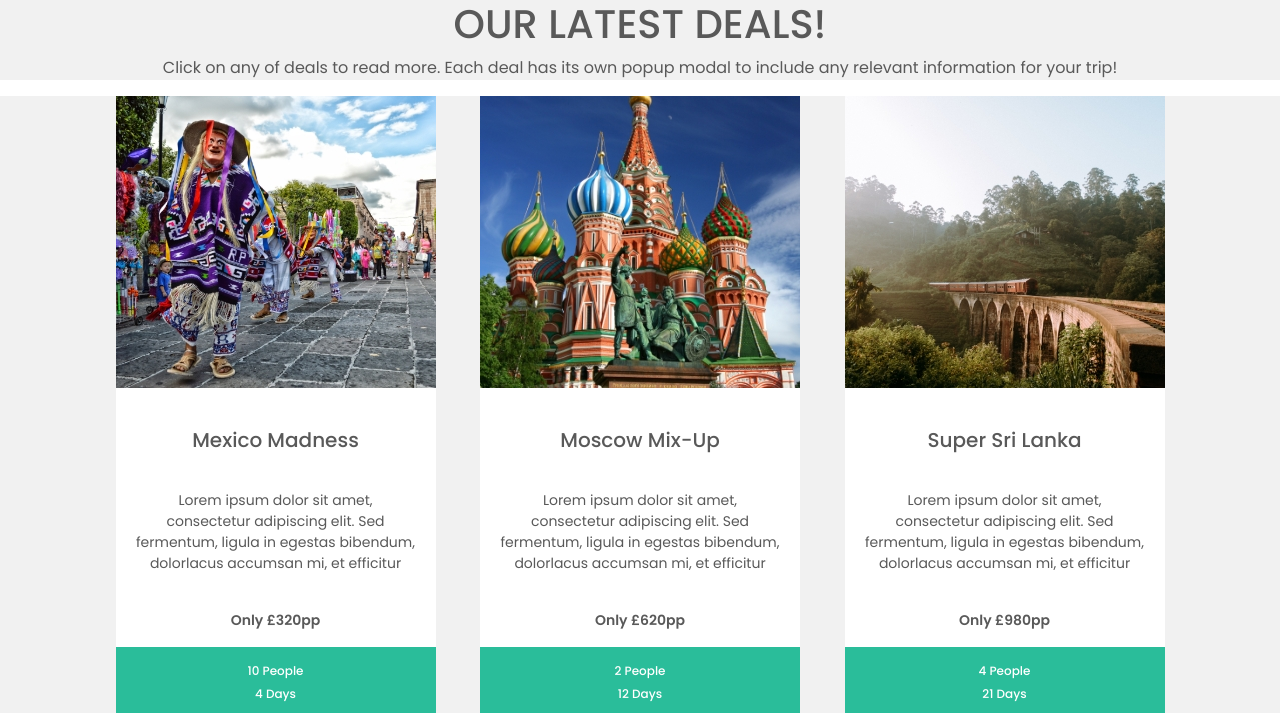
Repository: cobyfoster99/Interactive-frontend-project
Page: index.html
The author's editor kept a record of every edit. The page is drawn from the files as they stood at one moment, then again after the next edit.
The browser window is 1280 px wide. The pictures show the whole page.

Above is the page before.
Console error (its wording comes from the project's code and is left out).

### index.html
<!DOCTYPE html>
<html lang="en">

<head>
    <meta charset="UTF-8">
    <meta name="viewport" content="width=device-width, initial-scale=1.0">
    <meta http-equiv="X-UA-Compatible" content="ie=edge">

    <link rel="stylesheet" href="assets/css/style.css" type="text/css" />
    <script type="text/javascript" src="assets/js/foundation.js"></script>
    <link rel="stylesheet" href="https://stackpath.bootstrapcdn.com/bootstrap/4.4.1/css/bootstrap.min.css" type="text/css" />
    <script type="text/javascript" src="https://stackpath.bootstrapcdn.com/bootstrap/4.4.1/js/bootstrap.min.js"></script>

    <title>Simple Design Works | Travel</title>

</head>

<body>

    <!-------- Deals Box Section -------->

    <div class="contain grey-background">
        <div class="h1-section no-gutters">
            <h1>OUR LATEST DEALS!</h1>
            <P>Click on any of deals to read more. Each deal has its own popup modal to include any relevant information for your trip!</P>
        </div>

    </div>

    <div class="contain grey-background deals-section">
        <div class="deals-box-section no-gutters">
            <div class="deals-box">
                <img src="assets/media-library/mexico.jpg" class="deals-image" />
                <h5 class="deals-box-h1">Mexico Madness</h5>
                <p class="deals-box-p">Lorem ipsum dolor sit amet, consectetur adipiscing elit. Sed fermentum, ligula in egestas bibendum, dolorlacus accumsan mi, et efficitur</p>
                <p class="deals-box-price">Only £320pp</p>
                <div class="price-box turqoise-bg">
                    <p class="deals-box-bottom-p">10 People</p>
                    <p class="deals-box-bottom-p">4 Days</p>
                </div>
            </div>
        </div>

        <div class="deals-box-section no-gutters">
            <div class="deals-box">
                <img src="assets/media-library/moscow.jpg" class="deals-image" />
                <h5 class="deals-box-h1">Moscow Mix-Up</h5>
                <p class="deals-box-p">Lorem ipsum dolor sit amet, consectetur adipiscing elit. Sed fermentum, ligula in egestas bibendum, dolorlacus accumsan mi, et efficitur</p>
                <p class="deals-box-price">Only £620pp</p>
                <div class="price-box turqoise-bg">
                    <p class="deals-box-bottom-p">2 People</p>
                    <p class="deals-box-bottom-p">12 Days</p>
                </div>
            </div>
        </div>

        <div class="deals-box-section no-gutters">
            <div class="deals-box">
                <img src="assets/media-library/sri-lanka.jpg" class="deals-image" />
                <h5 class="deals-box-h1">Super Sri Lanka</h5>
                <p class="deals-box-p">Lorem ipsum dolor sit amet, consectetur adipiscing elit. Sed fermentum, ligula in egestas bibendum, dolorlacus accumsan mi, et efficitur</p>
                <p class="deals-box-price">Only £980pp</p>
                <div class="price-box turqoise-bg">
                    <p class="deals-box-bottom-p">4 People</p>
                    <p class="deals-box-bottom-p">21 Days</p>
                </div>
            </div>
        </div>

    </div>

    <!-------- Subscribe to our Newsletter -------->

</body>

</html>

### assets/css/style.css
@import url('https://fonts.googleapis.com/css?family=Poppins:400,500,600,700&display=swap');

/* Background Colors */

.grey-background {
    background-color: #f1f1f1;
}

.turqoise-bg {
    background-color: #2abd9a;
}

/* Text */

h1,
h2,
h3,
h4,
h5,
h6,
span,
p {
    font-family: "poppins", arial;
    color: #595959;
    text-align: center;
}

h3 {
    font-size: 18px;
    font-weight: 600;
}

.contain {
    max-width: 1920px;
    margin: auto;
    text-align: center;
}

.new-section {
    display: inline-block;
    padding-top: 100px;
    padding-bottom: 100px;
    max-width: 1200px;
}



.deals-box-section {
    display: inline-block;
    max-width: 1200px;

}

.deals-box {
    background-color: white;
    width: 320px;
    margin-right: 20px;
    margin-left: 20px;
}

.deals-image {
    padding-bottom: 20px;
}

.deals-box-h1 {
    font-size: 20px;
    padding-bottom: 10px;
    padding-top: 20px;
}

.deals-box-p {
    font-size: 14px;
    padding: 20px;
}

.deals-box-price {
    font-size: 14px;
    font-weight: 600
}

.deals-box-bottom-p {
    color: white;
    font-size: 12px;
    font-weight: 500;
    padding-top: 5px;
    margin-bottom: 0px;
}

.price-box {
    padding-top: 10px;
    padding-bottom: 10px;
}

Loaded but not shown: assets/js/foundation.js (no copy from this time; the picture is the same without it)

After the next edit:
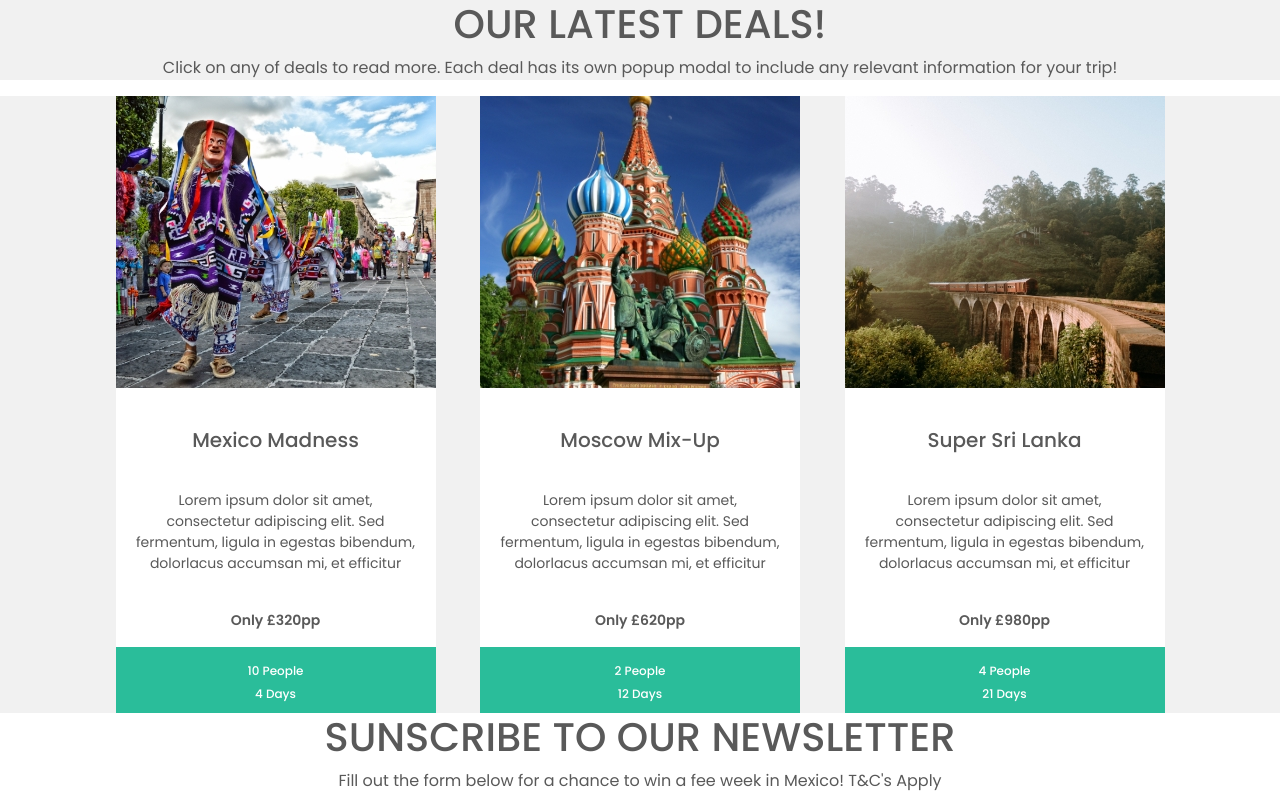
The edit:
--- a/index.html
+++ b/index.html
@@ -71,6 +71,15 @@
 
     <!-------- Subscribe to our Newsletter -------->
 
+    <div class="contain">
+        <div class="image-background-newsletter">
+            <div class="h1-section"></div>
+            <h1 class="newsletter-h1">SUNSCRIBE TO OUR NEWSLETTER</h1>
+            <p class="newsletter-p">Fill out the form below for a chance to win a fee week in Mexico! T&C's Apply</p>
+        </div>
+
+    </div>
+
 </body>
 
 </html>
